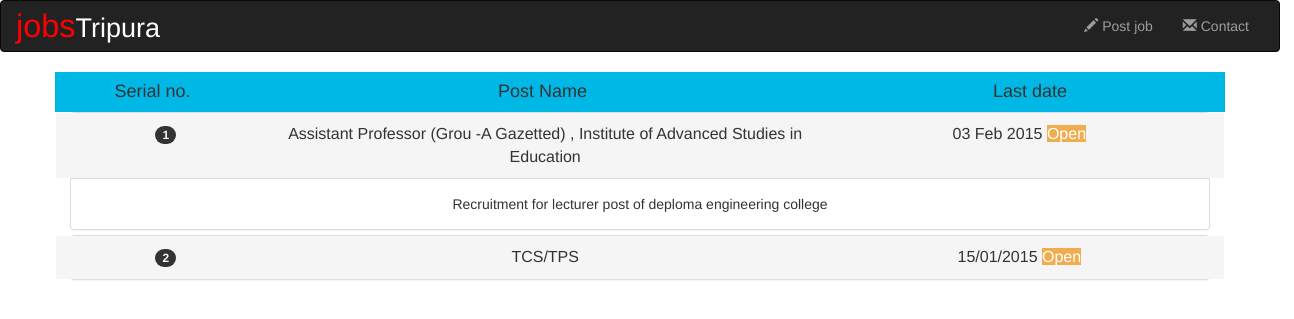
Repository: jobstripura/jobstripura.github.io
Page: index.html
The author's editor kept a record of every edit. The page is drawn from the files as they stood at one moment, then again after the next edit.
The browser window is 1280 px wide. The page is 1280 px wide, then 1294 px, so the pictures cover 1294 px, including what lies to the right of the window. The pictures show the whole page.
Some web libraries are served in a nearby version.

Above is the page before.

After the next edit:
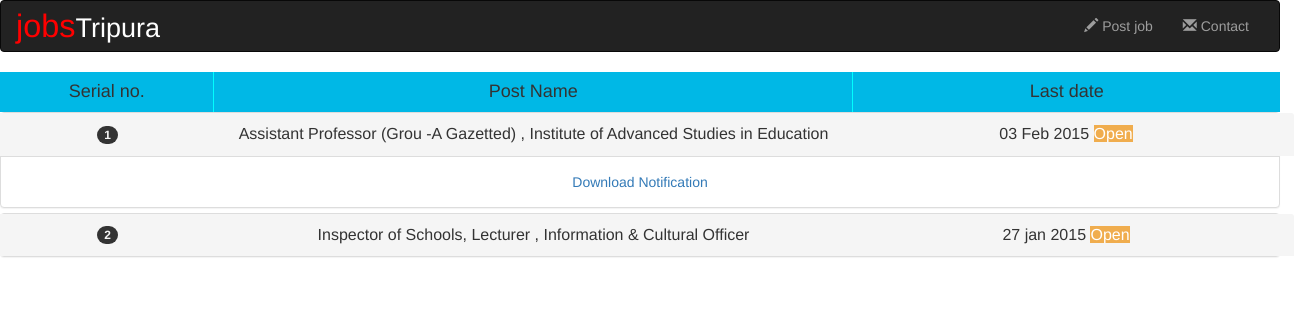
The edit:
--- a/index.html
+++ b/index.html
@@ -2,13 +2,12 @@
 <html lang="en">
 <head>
   <title>jobsTripura: Online job portal of Tripura</title>
-  <title>Online job portal of Tripura</title>
   <meta charset="utf-8">
   <meta name="viewport" content="width=device-width, initial-scale=1">
   <link rel="stylesheet" href="http://maxcdn.bootstrapcdn.com/bootstrap/3.2.0/css/bootstrap.min.css">
   <script src="https://ajax.googleapis.com/ajax/libs/jquery/1.11.1/jquery.min.js"></script>
   <script src="http://maxcdn.bootstrapcdn.com/bootstrap/3.2.0/js/bootstrap.min.js"></script>
-
+    <link rel="stylesheet" href="mystyle.css">
 </head>
 <body>
 
@@ -20,7 +19,7 @@
         <span class="icon-bar"></span>
         <span class="icon-bar"></span>
       </button>
-      <a class="navbar-brand" href="jobsTripura.github.io"><span style="color:red; font-size:1.8em">jobs</span><span style="color:white; font-size:1.5em">Tripura</span></a>
+      <a class="navbar-brand" href="http://jobstripura.github.io/"><span style="color:red; font-size:1.8em">jobs</span><span style="color:white; font-size:1.5em">Tripura</span></a>
     </div>
     <div class="collapse navbar-collapse" id="myNavbar">
       <ul class="nav navbar-nav navbar-right">
@@ -30,16 +29,16 @@
     </div>
   </div>
 </nav>
-     <div class="container" style="text-align: center">
+     <div class="container-fluid" style="text-align: center">
 
-         <div class="row" style="background-color:#00B8E6;" >
+         <div class="row" style="background-color:#00B8e6;" >
              <div class="col-xs-12 col-md-2"><h4>Serial no.</h4></div>
-             <div class="col-xs-12 col-md-6"><h4>Post Name</h4></div>
+             <div class="col-xs-12 col-md-6" style="border-right:1px solid aqua;border-left:1px solid aqua;"><h4>Post Name</h4></div>
              <div class="col-xs-12 col-md-4"><h4>Last date</h4></div>
          </div>
    <!--job panel startes bellow-->
-      <div class="panel-group " id="accordion">
-        <div class="panel panel-default">
+      <div class="panel-group row " id="accordion">
+        <div class="panel panel-default ro">
            <div class="panel-heading row" data-toggle="collapse" data-parent="#accordion" href="#collapse1">
                  <div class="col-xs-12 col-md-2 panel-title"><span class="badge">1</span></div>
                  <div class="col-xs-12 col-md-6 panel-title">Assistant Professor (Grou -A Gazetted) , Institute of Advanced Studies in Education</div>
@@ -48,7 +47,7 @@
 
 
               <div id="collapse1" class="panel-collapse collapse in">
-            <div class="panel-body"> Recruitment for lecturer post of deploma engineering college</div>
+            <div class="panel-body"><a href="https://drive.google.com/file/d/0B1VTpwjWY-j1VTllN3hwUk13c3c/view?usp=sharing" target="_blank">Download  Notification</a></div>
           </div>
         </div>
            <!--end of 1st panel -->
@@ -56,20 +55,32 @@
            <div class="panel panel-default">
            <div class="panel-heading row" data-toggle="collapse" data-parent="#accordion" href="#collapse2">
                  <div class="col-xs-12 col-md-2 panel-title"><span class="badge">2</span></div>
-                 <div class="col-xs-12 col-md-6 panel-title">TCS/TPS</div>
-                 <div class="col-xs-12 col-md-4 panel-title">15/01/2015 <span class="btn-warning">Open</span></div>
+                 <div class="col-xs-12 col-md-6 panel-title">Inspector of Schools, Lecturer , Information & Cultural Officer</div>
+                 <div class="col-xs-12 col-md-4 panel-title">27 jan 2015 <span class="btn-warning">Open</span></div>
             </div>
 
 
+
               <div id="collapse2" class="panel-collapse collapse">
-            <div class="panel-body"> Recruitment for lecturer post of deploma engineering college</div>
+            <div class="panel-body">
+                <div class="jobdetails">
+                    <p>Eligibility : ME/M.Tech, BA, B.Pharm, BE/B.Tech</p>
+                    <p>Location : Agartala<p>
+                    <p>Job Category : Govt Jobs, Teaching, Others</p>
+                    <p>Last Date : 27 Jan 2015</p>
+                    <p>Job Type : Full Time</p>
+                    <p>Hiring Process : Written-test</p>
+                    <p><a href="https://www.dropbox.com/s/s8xcmisoav7bhx6/job0002.pdf?dl=0" target="_blank">Download                                    Notification</a></p>
+                </div>
+
+</div></div>
           </div>
         </div>
                <!--end of panel -->
 
 
       </div>
-    </div>
+
     <!-- Start of StatCounter Code for Default Guide -->
 <script type="text/javascript">
 var sc_project=10223101;
